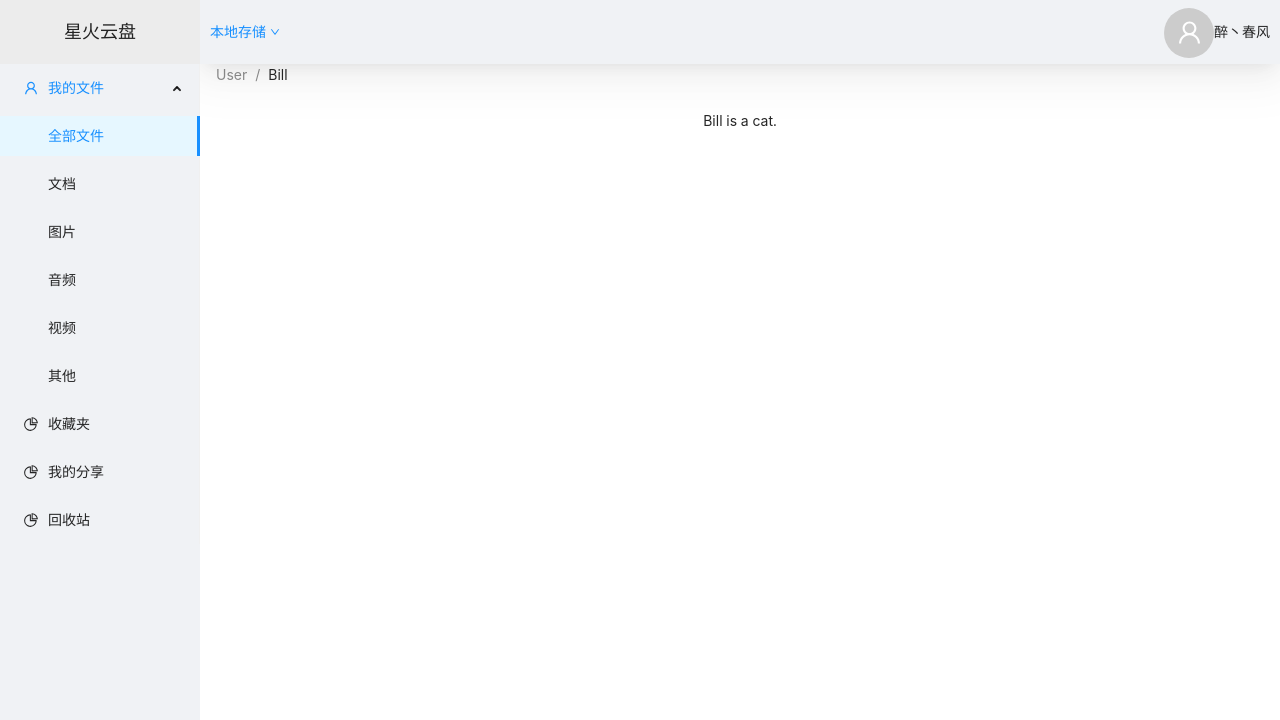
Repository: xstnet/starfire-cloud-fe
Page: /
The author's editor kept a copy of each file at every save. The page is drawn from the files as they stood at one save, then again after a run of saves.
The browser window is 1280 px wide. The pictures show the whole page.
The project was rebuilt for these pictures with package versions that can differ from the ones it lists, and the page was loaded fresh each time. Also part of the build but not shown: craco.config.js.

Above is the page before, as saved 2021-09-12 22:13:17.

After the next 3 saves:
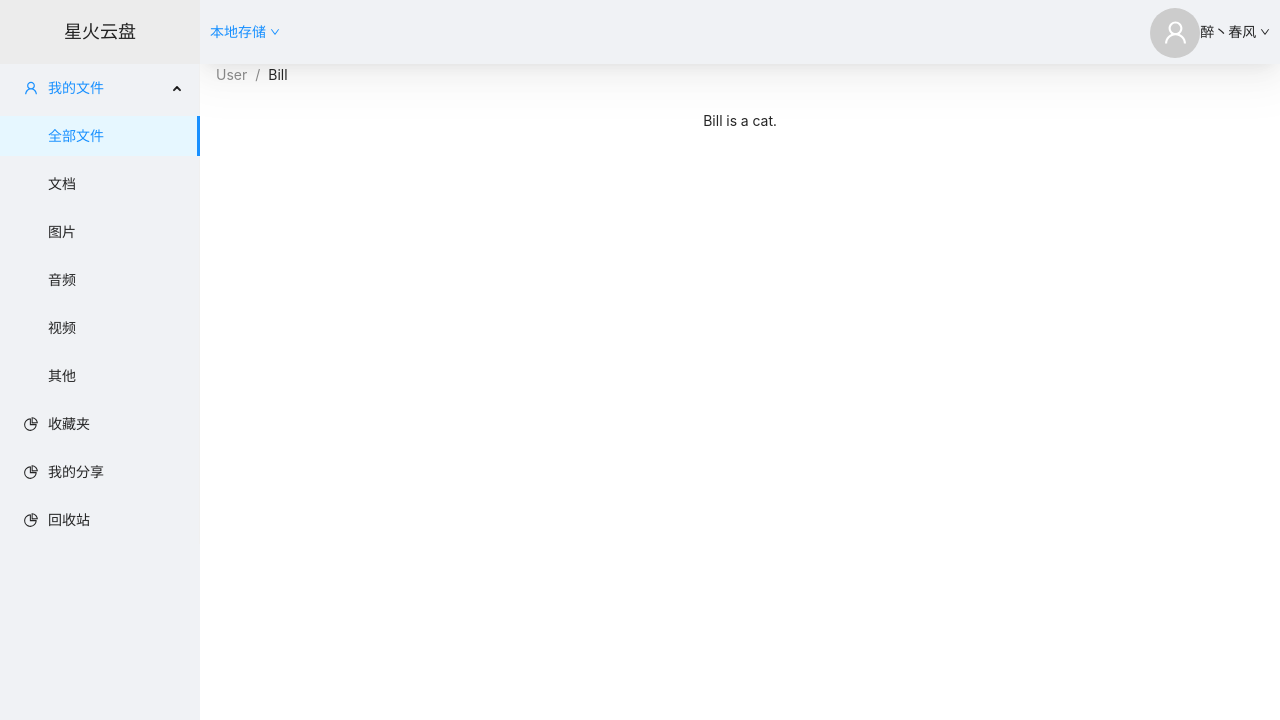
The 3 saves are shown as one change because 2 did not build or start.
The last was saved 44 s later.
--- a/src/page/layout/main.jsx
+++ b/src/page/layout/main.jsx
@@ -68,10 +68,12 @@ class MainLayout extends React.Component {
                 </Dropdown>
               </div>
               <div className="header-right fr">
-                <div>
-                    <Avatar size={50} icon={<UserOutlined />} />
-                    醉丶春风
-                </div>
+              <Dropdown overlay={menu}>
+                    <div>
+                        <Avatar size={50} icon={<UserOutlined />} />
+                        醉丶春风 <DownOutlined />
+                    </div>
+                </Dropdown>
               </div>
               <div className="clearboth"></div>
 
